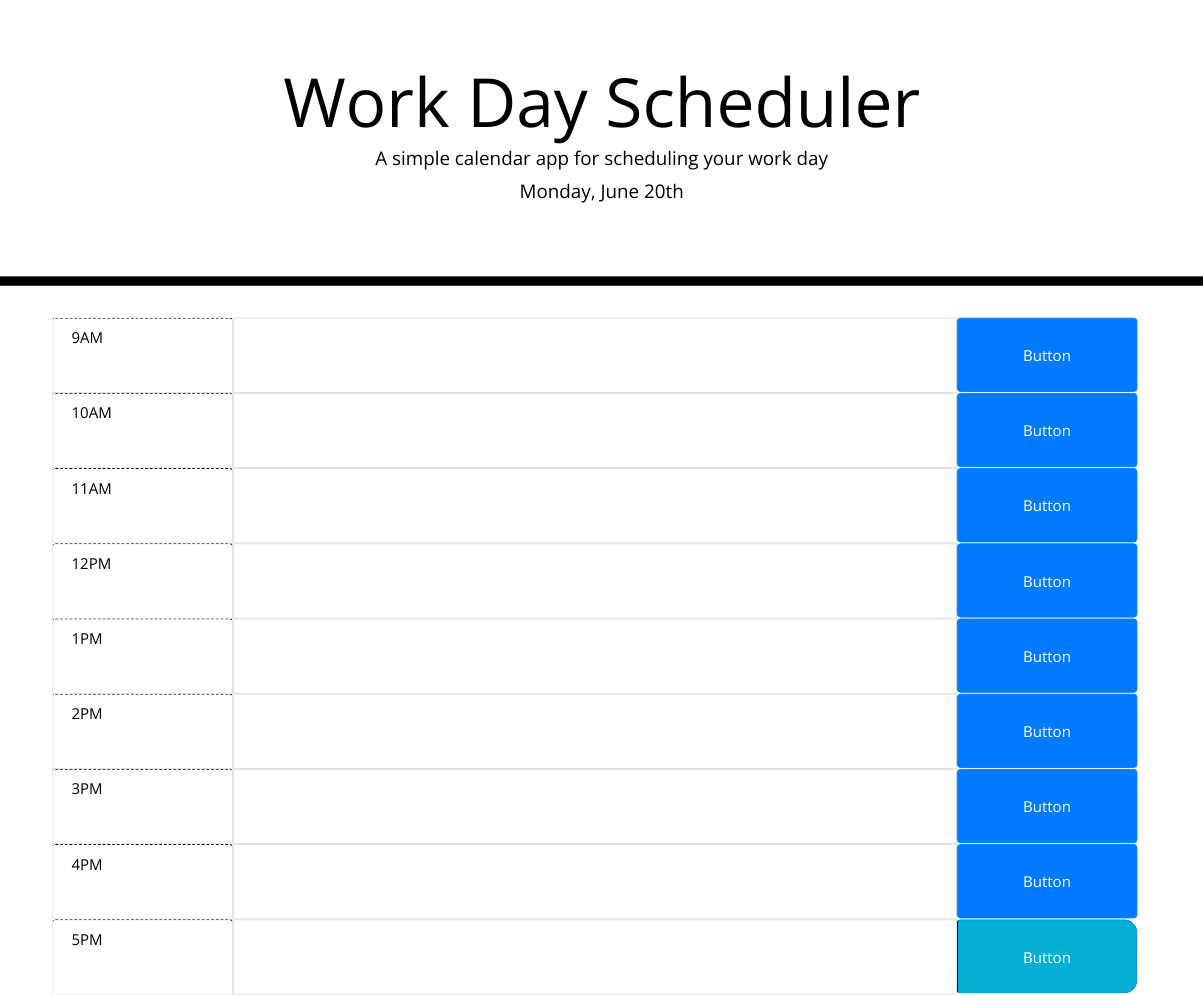
Repository: dtierney21/work-day-scheduler
Page: index.html
An editor plug-in stored every save of this project. The page is shown before and after the next save, followed by the edit.
The browser window is 1280 px wide. The pictures show the whole page, at 94% of full size.
Some web libraries are served in a nearby version.

Above is the page before, as saved 2022-06-28 12:16:16.

After the next save:
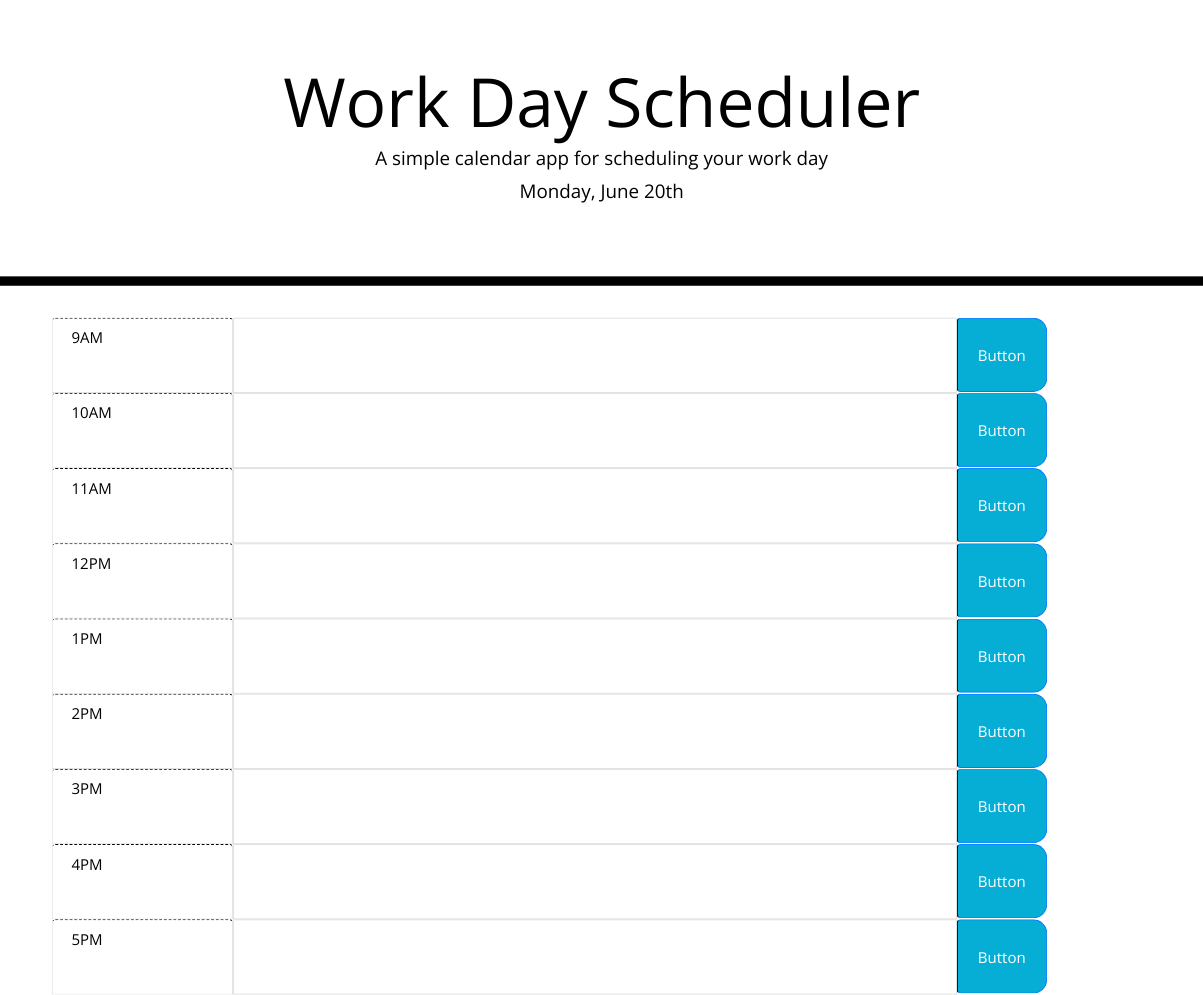
Saved 57 s later.
--- a/index.html
+++ b/index.html
@@ -35,47 +35,47 @@
                 <div class="row">
                     <li class="list-group-item hour col-2">9AM</li>
                     <li class="list-group-item col-8"></li>
-                    <button class="btn btn-primary col-2" type="submit">Button</button>
+                    <button class="btn btn-primary  saveBtn col-1" type="submit">Button</button>
                 </div>
                 <div class="row">
                     <li class="list-group-item hour col-2">10AM</li>
                     <li class="list-group-item col-8"></li>
-                    <button class="btn btn-primary col-2" type="submit">Button</button>
+                    <button class="btn btn-primary  saveBtn col-1" type="submit">Button</button>
                 </div>
                 <div class="row">
                     <li class="list-group-item hour col-2">11AM</li>
                     <li class="list-group-item col-8"></li>
-                    <button class="btn btn-primary col-2" type="submit">Button</button>
+                    <button class="btn btn-primary  saveBtn col-1" type="submit">Button</button>
                 </div>
                 <div class="row">
                     <li class="list-group-item hour col-2">12PM</li>
                     <li class="list-group-item col-8"></li>
-                    <button class="btn btn-primary col-2" type="submit">Button</button>
+                    <button class="btn btn-primary  saveBtn col-1" type="submit">Button</button>
                 </div>
                 <div class="row">
                     <li class="list-group-item hour col-2">1PM</li>
                     <li class="list-group-item col-8"></li>
-                    <button class="btn btn-primary col-2" type="submit">Button</button>
+                    <button class="btn btn-primary  saveBtn col-1" type="submit">Button</button>
                 </div>
                 <div class="row">
                     <li class="list-group-item hour col-2">2PM</li>
                     <li class="list-group-item col-8"></li>
-                    <button class="btn btn-primary col-2" type="submit">Button</button>
+                    <button class="btn btn-primary  saveBtn col-1" type="submit">Button</button>
                 </div>
                 <div class="row">
                     <li class="list-group-item hour col-2">3PM</li>
                     <li class="list-group-item col-8"></li>
-                    <button class="btn btn-primary col-2" type="submit">Button</button>
+                    <button class="btn btn-primary  saveBtn col-1" type="submit">Button</button>
                 </div>
                 <div class="row">
                     <li class="list-group-item hour col-2">4PM</li>
                     <li class="list-group-item col-8"></li>
-                    <button class="btn btn-primary col-2" type="submit">Button</button>
+                    <button class="btn btn-primary  saveBtn col-1" type="submit">Button</button>
                 </div>
                 <div class="row">
                     <li class="list-group-item hour col-2">5PM</li>
                     <li class="list-group-item col-8"></li>
-                    <button class="btn btn-primary  saveBtn col-2" type="submit">Button</button>
+                    <button class="btn btn-primary  saveBtn col-1" type="submit">Button</button>
                 </div>
             </ul>
         </div>
